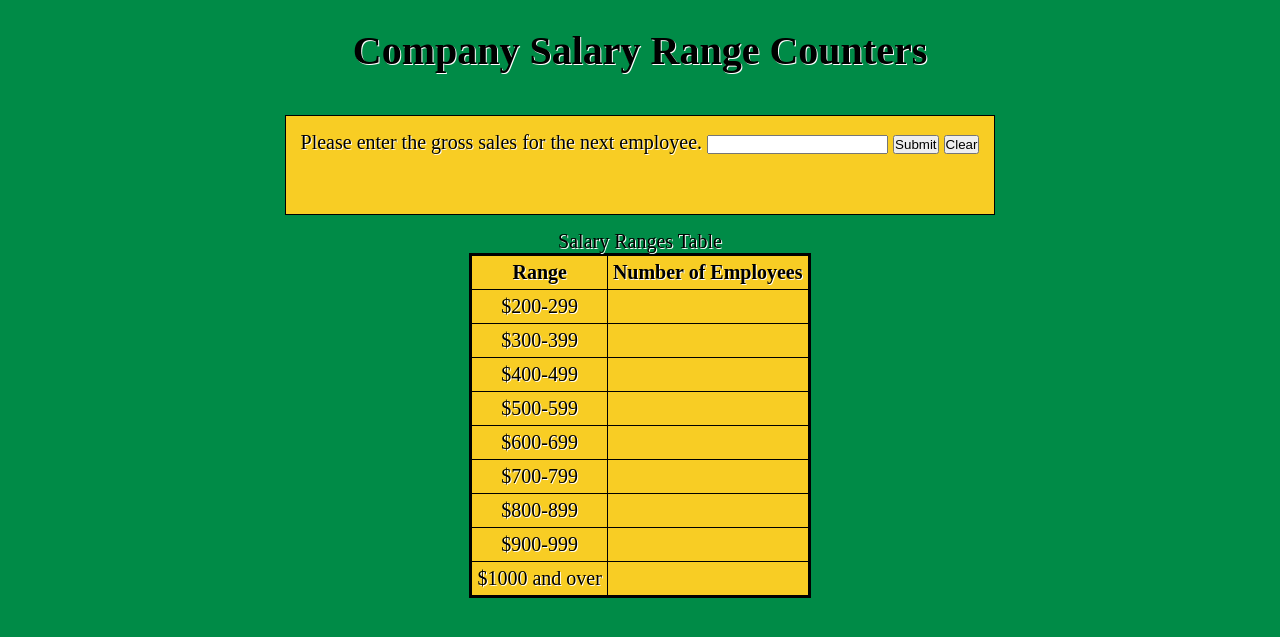
Repository: mlmEFSC21/P17-Sales-Commision
Page: sales.html
The author's editor kept a copy of each file at every save. The page is drawn from the files as they stood at one save, then again after the next save.
The browser window is 1280 px wide. The pictures show the whole page.

Above is the page before, as saved 2022-04-02 08:35:01.

After the next save:
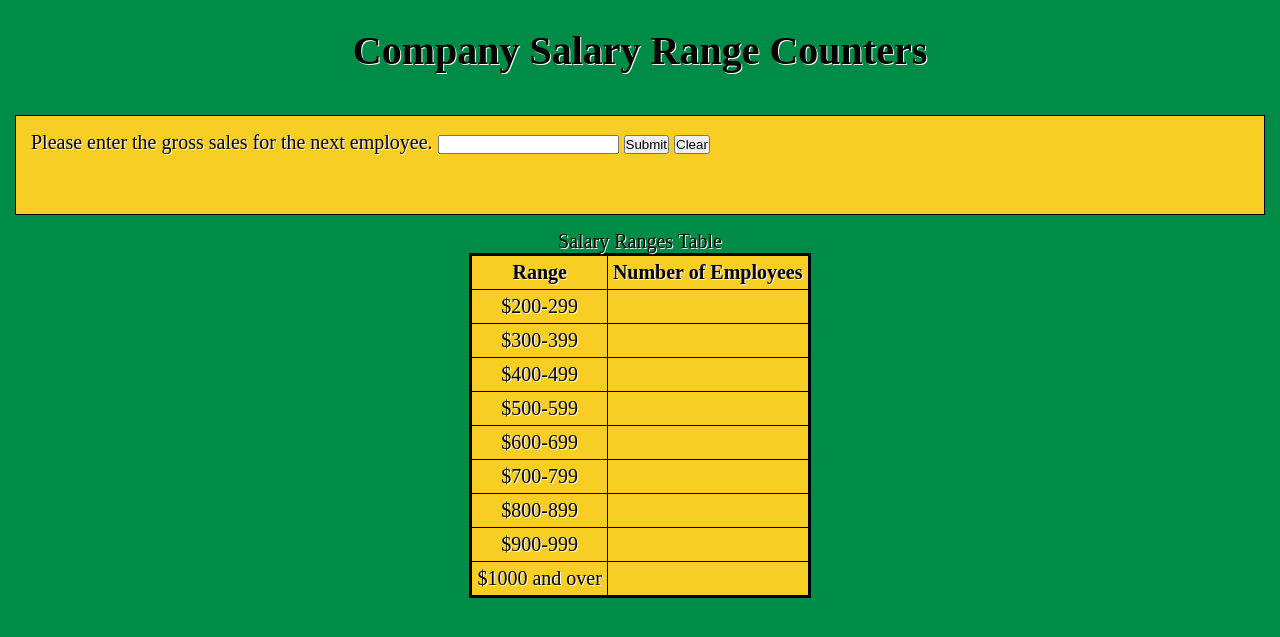
Saved 34 s later.
--- a/sales.css
+++ b/sales.css
@@ -28,8 +28,8 @@
 }
 .formContainer {
     height: 100px;
-    align-self: center;
-    justify-self: center;
+    align-items: center;
+    justify-content: center;
     border: 1px ridge black;
     margin: 15px;
     padding: 15px;

After the save that followed:
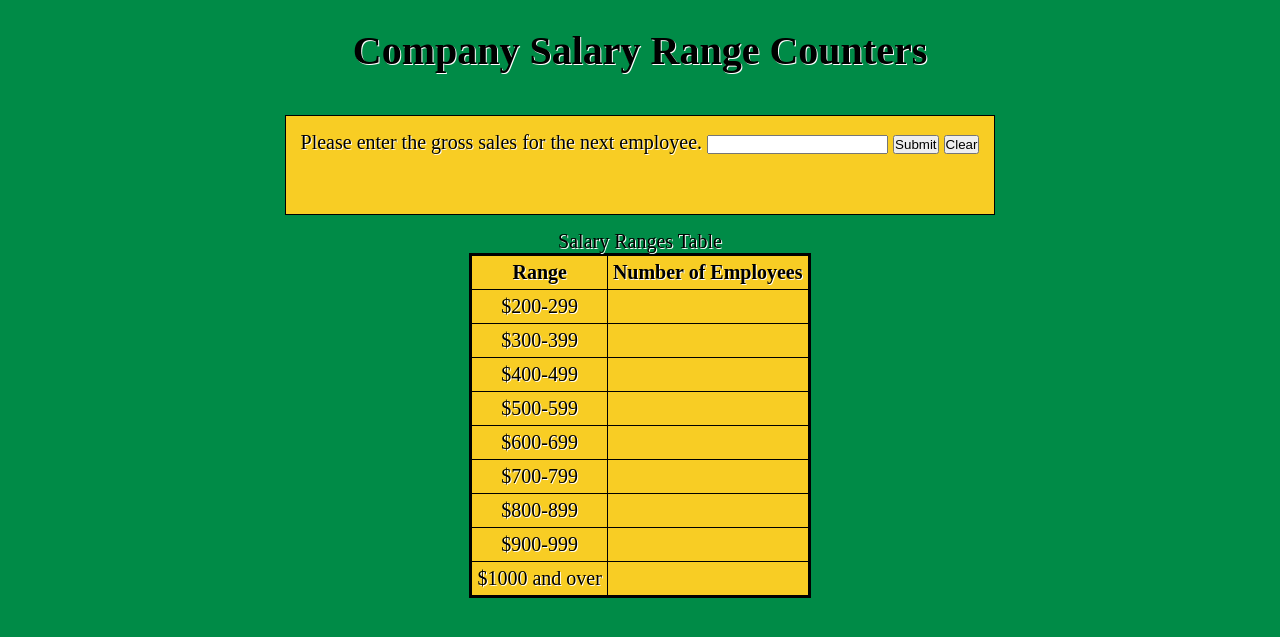
Saved 40 s later.
--- a/sales.css
+++ b/sales.css
@@ -28,6 +28,8 @@
 }
 .formContainer {
     height: 100px;
+    align-self: center;
+    justify-self: center;
     align-items: center;
     justify-content: center;
     border: 1px ridge black;
